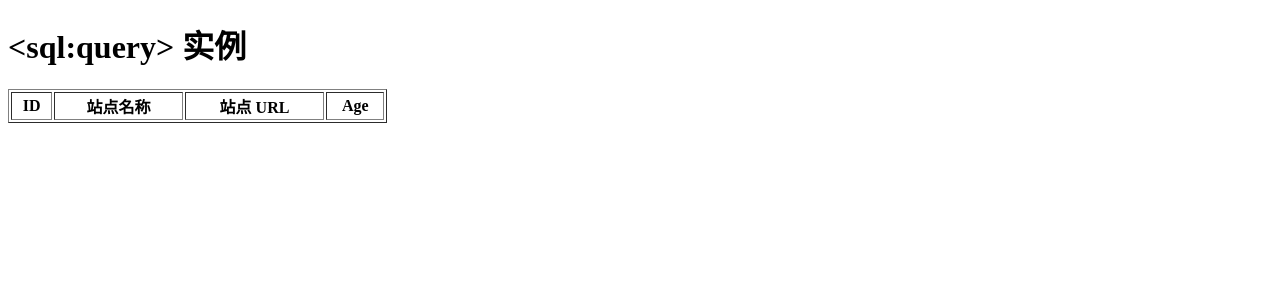
Repository: eterinfi/java
Page: http://localhost/JSPDemo/JSTLDemo/sql/sql_query.jsp
These files come from the project's save history. The page is drawn as it stood at one moment and after the next save; the edit follows.
The browser window is 1280 px wide. The pictures show the whole page.
The page is served by Tomcat 9. Other server files are loaded and not shown. Queries for data that is not in the repository find no rows.

Above is the page before, as saved 2016-11-15 15:42:10.

### jee/JSPDemo/WebContent/JSTLDemo/sql/sql_query.jsp
<%@ page language="java" contentType="text/html; charset=UTF-8"
    pageEncoding="UTF-8"%>
<%@ page import="java.io.*, java.util.*, java.sql.*" %>
<%@ page import="javax.servlet.http.*, javax.servlet.*" %>
<%@ taglib prefix="c" uri="http://java.sun.com/jsp/jstl/core" %>
<%@ taglib prefix="sql" uri="http://java.sun.com/jsp/jstl/sql" %>
<!DOCTYPE html PUBLIC "-//W3C//DTD HTML 4.01 Transitional//EN" "http://www.w3.org/TR/html4/loose.dtd">
<html>
<head>
  <meta http-equiv="Content-Type" content="text/html; charset=UTF-8">
  <title>JSTL sql:query 标签实例</title>
</head>
<body>
  <h1>&lt;sql:query&gt; 实例</h1>
  <sql:setDataSource var="snapshot" driver="com.mysql.jdbc.Driver"
                     url="jdbc:mysql://localhost:3306/test"
                     user="root" password="" />
  <sql:query dataSource="${snapshot}" var="result">
    SELECT * from Employees;
  </sql:query>
  <table border="1" width="30%">
    <tr>
      <th>ID</th>
      <th>站点名称</th>
      <th>站点 URL</th>
      <th>Age</th>
    </tr>
    <c:forEach var="row" items="${result.rows}"><tr>
      <td><c:out value="${row.id}" /></td>
      <td><c:out value="${row.first}" /></td>
      <td><c:out value="${row.last}" /></td>
      <td><c:out value="${row.age}" /></td>
    </tr></c:forEach>
  </table>
</body>
</html>

After the next save:
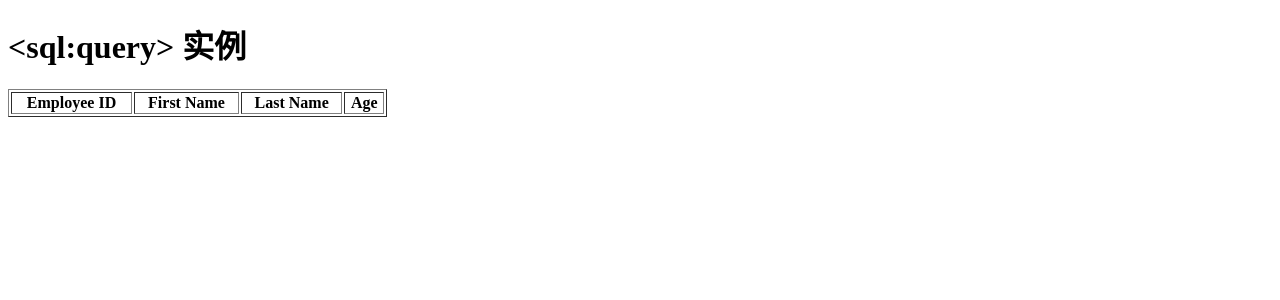
Saved 31 s later.
--- a/jee/JSPDemo/WebContent/JSTLDemo/sql/sql_query.jsp
+++ b/jee/JSPDemo/WebContent/JSTLDemo/sql/sql_query.jsp
@@ -20,9 +20,9 @@
   </sql:query>
   <table border="1" width="30%">
     <tr>
-      <th>ID</th>
-      <th>站点名称</th>
-      <th>站点 URL</th>
+      <th>Employee ID</th>
+      <th>First Name</th>
+      <th>Last Name</th>
       <th>Age</th>
     </tr>
     <c:forEach var="row" items="${result.rows}"><tr>
